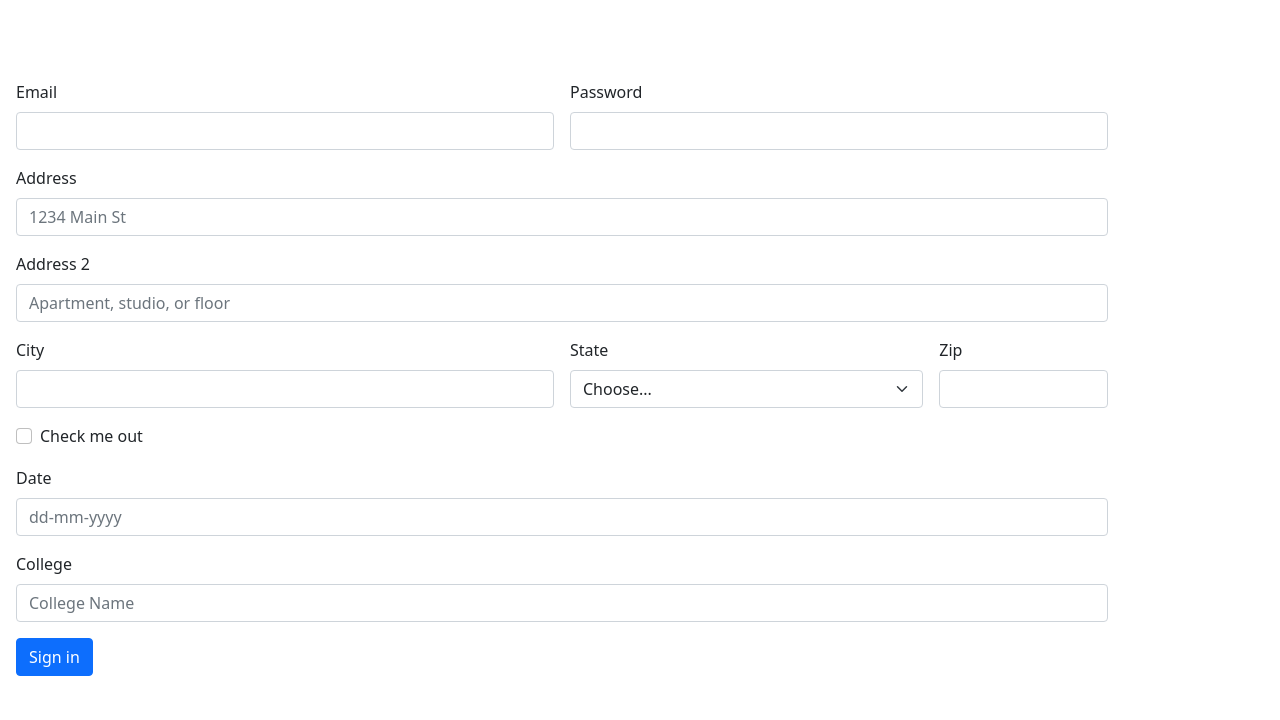
Repository: arbazkhanmadani/Spring-MVC-Work
Page: http://localhost/spring-mvc/WEB-INF/views/complexForm.jsp
An editor plug-in stored every save of this project. The page is shown before and after a run of saves, followed by the edit.
The browser window is 1280 px wide. The pictures show the whole page.
The page is served by Tomcat 9. Nobody is signed in. The template is opened directly, without the code that normally fills it, so the values that code supplies are empty.

Above is the page before, as saved 2024-07-03 13:21:31.

After the next 6 saves:
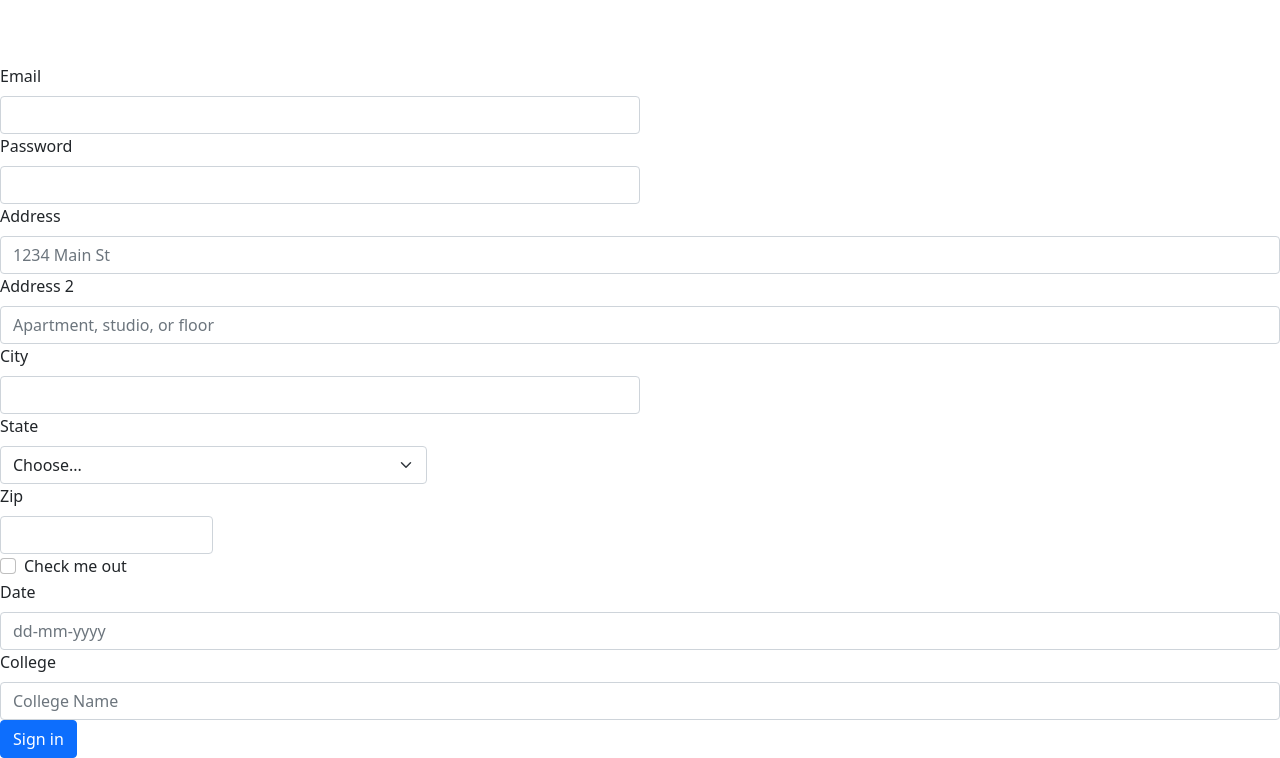
The 6 saves are shown as one change because 2 did not build or start and some came seconds apart.
The last was saved 30 s later.
--- a/spring-mvc/src/main/webapp/WEB-INF/views/complexForm.jsp
+++ b/spring-mvc/src/main/webapp/WEB-INF/views/complexForm.jsp
@@ -22,7 +22,7 @@
 <form name="person" class="container row g-3 mt-5" action="complex-form-submit" method="post" >
 
 	<div id="spring-error">
-			<sform:errors path=""></sform>
+				<form path="person"></form>
 	</div>
   <div class="col-md-6">
     <label for="inputEmail4" class="form-label">Email</label>
